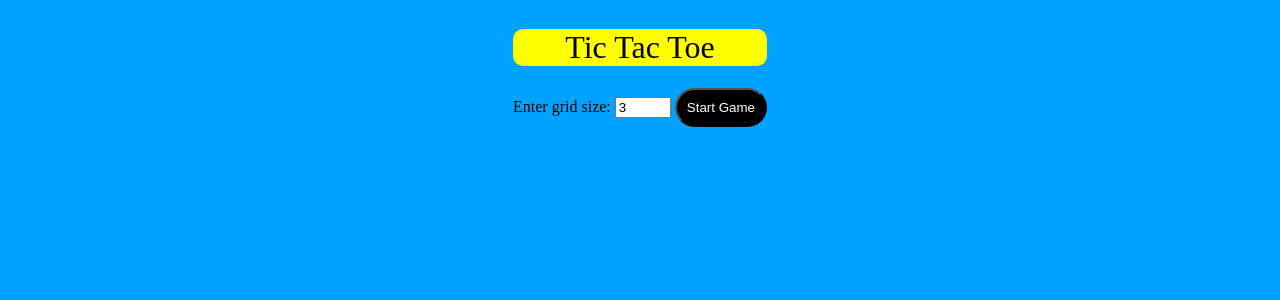
Repository: Shamraiz761/tik_tak_toe_game
Page: index.html
These files come from the project's save history. The page is drawn as it stood at one moment and after a run of saves; the edit follows.
The browser window is 1280 px wide. The pictures show the whole page.

Above is the page before, as saved 2024-01-09 11:53:17.

After the next 3 saves:
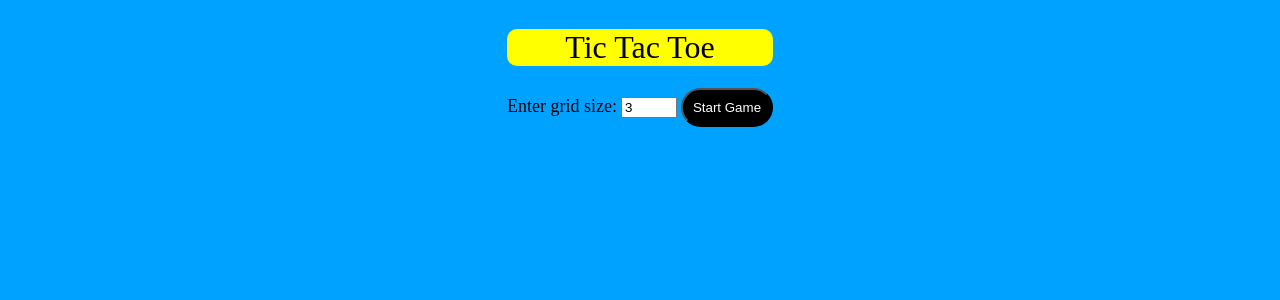
The 3 saves are shown as one change because they came seconds apart.
The last was saved 11 s later.
--- a/styles.css
+++ b/styles.css
@@ -30,5 +30,5 @@ body{
   }
 
   .inputLabel{
-
+    font-size: large;
   }
